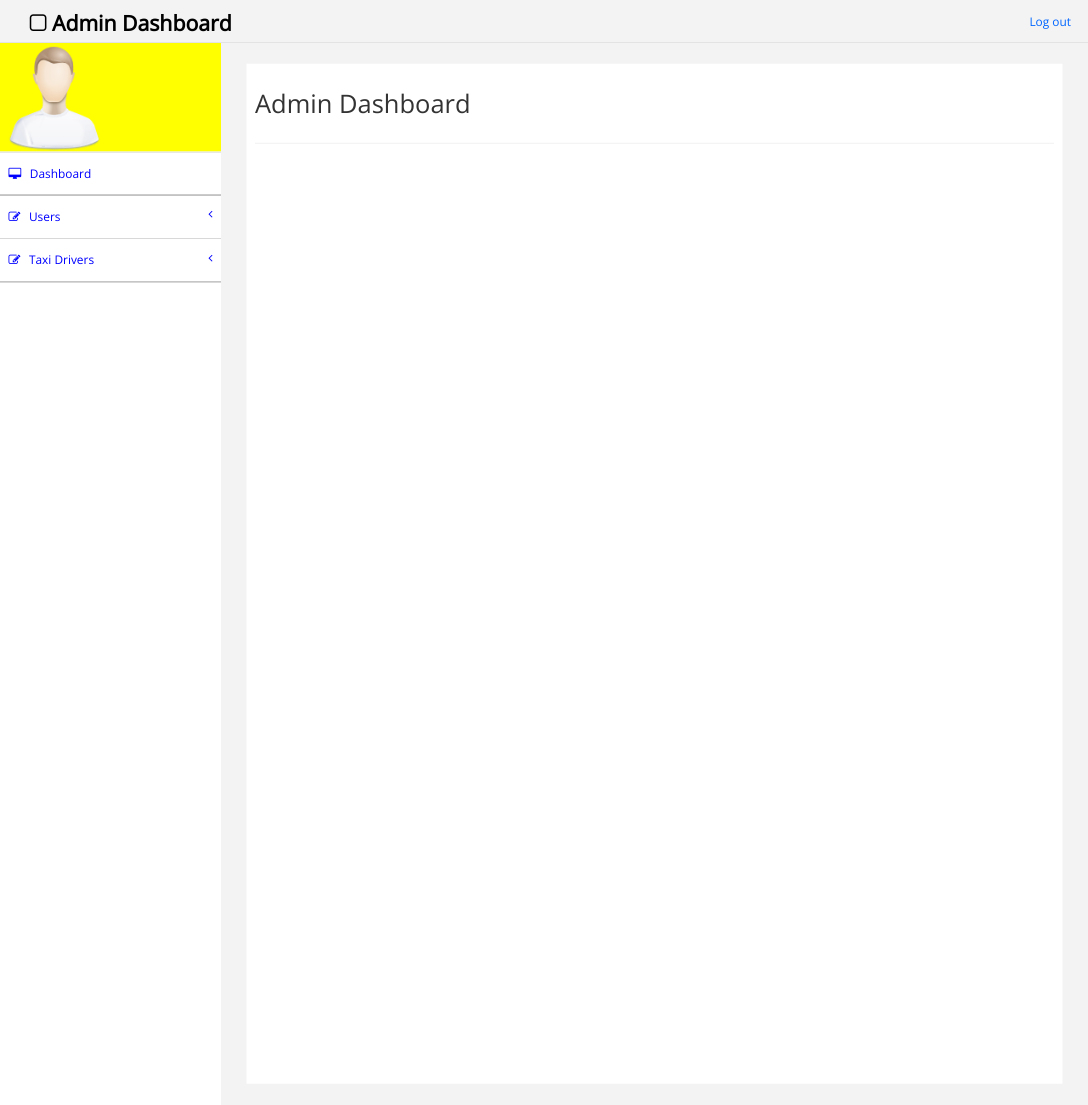
Repository: ash-the-reaper/TaxiRoot
Page: UI/WebContent/index.html
An editor plug-in stored every save of this project. The page is shown before and after the next save, followed by the edit.
The browser window is 1280 px wide. The pictures show the whole page, at 85% of full size.

Above is the page before, as saved 2017-05-20 08:31:37.
Console error (its wording comes from the project's code and is left out).

After the next save:
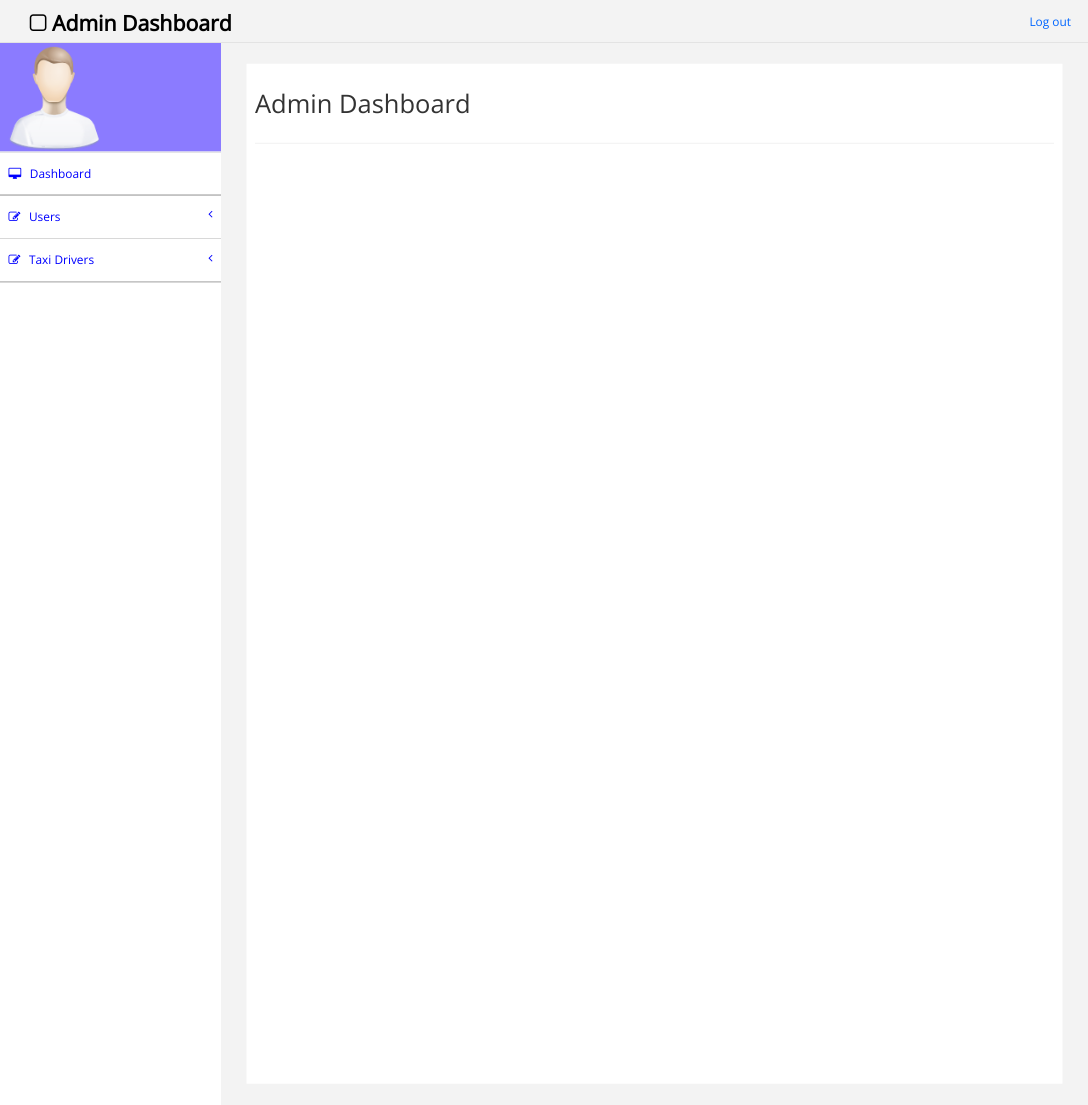
Saved 89 s later.
--- a/UI/WebContent/assets/css/custom.css
+++ b/UI/WebContent/assets/css/custom.css
@@ -39,8 +39,8 @@ body {
     text-align:center;
 }
 .user-image-back {
-    /* background-color:#8B7BFF; */
-    background-color:yellow;
+     background-color:#8B7BFF;
+    /* background-color:yellow; */
 }
 h5,.h5 {
     font-size: 14px;
